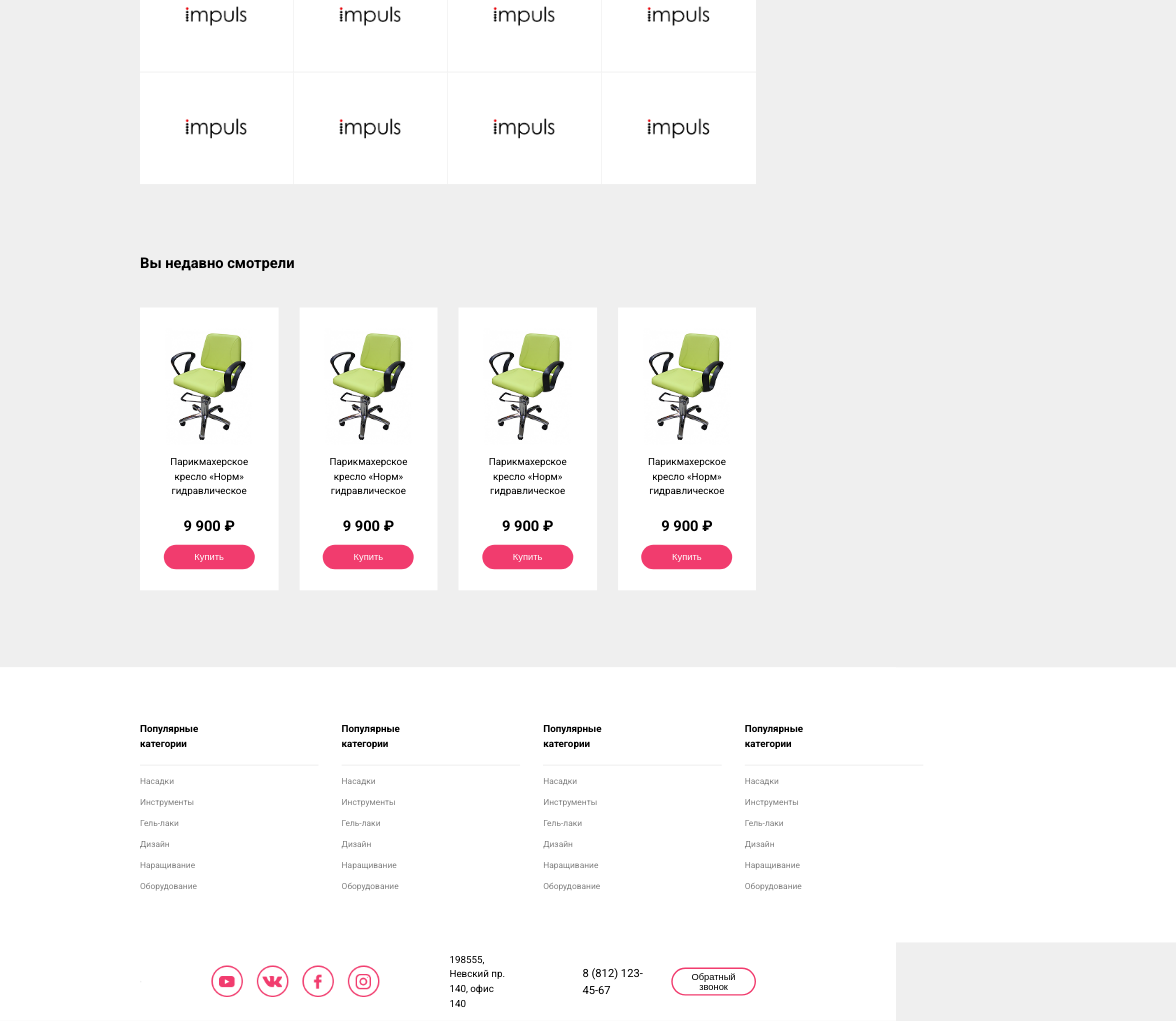
Repository: savannaaaas/verstka
Page: index.html
The author's editor kept a copy of each file at every save. The page is drawn from the files as they stood at one save, then again after a run of saves.
The browser window is 1280 px wide. The page is 1680 px wide, so the pictures cover 1680 px, including what lies to the right of the window. The pictures show the part of the page from y = 1995 to 3475 px (the page is 3454 px tall before and 3475 px after), at 70% of full size.
Some web fonts or font styles are not loaded; a fallback is used.

Above is the page before, as saved 2025-04-17 00:19:22.

### index.html
<!DOCTYPE html>
<html lang="en">
<head>
    <meta charset="UTF-8">
    <meta name="viewport" content="width=device-width, initial-scale=1.0">
    <title>Figma</title>
    <link rel="preconnect" href="https://fonts.googleapis.com">
    <link rel="preconnect" href="https://fonts.gstatic.com" crossorigin>
    <link href="https://fonts.googleapis.com/css2?family=Istok+Web:ital,wght@0,400;0,700;1,400;1,700&family=Italiana&family=Jura:wght@300..700&family=Roboto:ital,wght@0,100..900;1,100..900&display=swap" rel="stylesheet">
    <link rel="stylesheet" href="style.css">
</head>
<body>
    <div class="content">
        <div class="top-line">
            <ul>
                <li>Доставка</li>
                <li>Оплата</li>
                <li>Отзывы</li>
                <li>Вопрос-ответ</li>
                <li>Контакты</li>
            </ul>
        </div>
        <div class="second-line">
            <div class="second-line-content">
                <div class="logo">
                    <img alt="logo" src="img/logo.png">
                    <h1>BEAUTY</h1>
                </div>
            <div class="search">
                <input class="search">
                <img alt="search" src="img/search.png">
            </div>
            <div class="contact">
                <p>8 (812) 123-45-67</p>
                <button>Обратный звонок</button>
            </div>
        </div>
        <hr class="line">
            <div class="service">
                <ul>
                    <li>Парикмахерская</li>
                    <li>Барбершоп</li>
                    <li>Маникюр</li>
                    <li>Педикюр</li>
                    <li>Массаж</li>
                    <li>Мебель</li>
                </ul>
            </div>
        </div>

        <div class="sale">
            <div class="text-armchair">
                <h1>Супер кресло</h1>
                <p>Текст акции всегда отражает суть, а не просто болтовню, поэтому внимательнее</p>
                <button>Подробнее</button>
            </div>
            <img class="elipse1" alt="elipse" src="img/elipse1.png">
            <img class="elipse2" alt="elipse" src="img/ellipse2.png">
            <img class="chair" alt="chair" src="img/armchairs.png">
        </div>
        <div class="goods">
            <h2>Специальные предложения</h2>
            <div class="armChairsGreen">
                <div class="armchair1">
                    <img alt="armchair" src="img/greenArmchair.png">
                    <p class="text-greenArmchair">Парикмахерское кресло «Норм» гидравлическое</p>
                    <h3>9 900 ₽</h3>
                    <button>Купить</button>
                </div>
                <div class="armchair2">
                    <img alt="armchair" src="img/greenArmchair.png">
                    <p class="text-greenArmchair">Парикмахерское кресло «Норм» гидравлическое</p>
                    <h3>9 900 ₽</h3>
                    <button>Купить</button>
                </div>
                <div class="armchair3">
                    <img alt="armchair" src="img/greenArmchair.png">
                    <p class="text-greenArmchair">Парикмахерское кресло «Норм» гидравлическое</p>
                    <h3>9 900 ₽</h3>
                    <button>Купить</button>
                </div>
                <div class="armchair4">
                    <img alt="armchair" src="img/greenArmchair.png">
                    <p class="text-greenArmchair">Парикмахерское кресло «Норм» гидравлическое</p>
                    <h3>9 900 ₽</h3>
                    <button>Купить</button>
                </div>
            </div>

        </div>
        <div class="subscribe">
            <div class="subscribe1">
                <div class="bonus">
                    <h3>Получайте бонусы и подарки</h3>
                    <p>Каждый месяц разыгрываем 10 000 рублей для наших клиентов</p>
                    <input placeholder="Введите e-mail">
                </div>
                <div>
                    <img alt="envelope" src="img/envelope.png">
                </div>
            </div>
            <div class="subscribe2">
                <div class="bonus">
                    <h3>Заходите к нам</h3>
                    <p>Более 300 магазинов по всей России</p>
                    <button>Карта магазинов</button>
                </div>
                <div>
                    <img alt="car" src="img/car.png">
                </div>
            </div>
        </div>
        <div class="brands">
            <img alt="impuls" src="img/impuls.png">
            <img alt="impuls" src="img/impuls.png">
            <img alt="impuls" src="img/impuls.png">
            <img alt="impuls" src="img/impuls.png">
            <img alt="impuls" src="img/impuls.png">
            <img alt="impuls" src="img/impuls.png">
            <img alt="impuls" src="img/impuls.png">
            <img alt="impuls" src="img/impuls.png">
            <img alt="impuls" src="img/impuls.png">
            <img alt="impuls" src="img/impuls.png">
            <img alt="impuls" src="img/impuls.png">
            <img alt="impuls" src="img/impuls.png">

        </div>
        <div class="goods">
            <h2>Вы недавно смотрели</h2>
            <div class="armChairsGreen">
                <div class="armchair1">
                    <img alt="armchair" src="img/greenArmchair.png">
                    <p class="text-greenArmchair">Парикмахерское кресло «Норм» гидравлическое</p>
                    <h3>9 900 ₽</h3>
                    <button>Купить</button>
                </div>
                <div class="armchair2">
                    <img alt="armchair" src="img/greenArmchair.png">
                    <p class="text-greenArmchair">Парикмахерское кресло «Норм» гидравлическое</p>
                    <h3>9 900 ₽</h3>
                    <button>Купить</button>
                </div>
                <div class="armchair3">
                    <img alt="armchair" src="img/greenArmchair.png">
                    <p class="text-greenArmchair">Парикмахерское кресло «Норм» гидравлическое</p>
                    <h3>9 900 ₽</h3>
                    <button>Купить</button>
                </div>
                <div class="armchair4">
                    <img alt="armchair" src="img/greenArmchair.png">
                    <p class="text-greenArmchair">Парикмахерское кресло «Норм» гидравлическое</p>
                    <h3>9 900 ₽</h3>
                    <button>Купить</button>
                </div>
            </div>

        </div>
        <footer>
            <div class="footer-categories">
                <div class="footer-category">
                    <h4>Популярные<br>категории</h4>
                    <hr>
                    <p>Насадки</p>
                    <p>Инструменты</p>
                    <p>Гель-лаки</p>
                    <p>Дизайн</p>
                    <p>Наращивание</p>
                    <p>Оборудование</p>
                </div>
                <div class="footer-category">
                    <h4>Популярные<br>категории</h4>
                    <hr>
                    <p>Насадки</p>
                    <p>Инструменты</p>
                    <p>Гель-лаки</p>
                    <p>Дизайн</p>
                    <p>Наращивание</p>
                    <p>Оборудование</p>
                </div>
                <div class="footer-category">
                    <h4>Популярные<br>категории</h4>
                    <hr>
                    <p>Насадки</p>
                    <p>Инструменты</p>
                    <p>Гель-лаки</p>
                    <p>Дизайн</p>
                    <p>Наращивание</p>
                    <p>Оборудование</p>
                </div>
                <div class="footer-category">
                    <h4>Популярные<br>категории</h4>
                    <hr>
                    <p>Насадки</p>
                    <p>Инструменты</p>
                    <p>Гель-лаки</p>
                    <p>Дизайн</p>
                    <p>Наращивание</p>
                    <p>Оборудование</p>
                </div>
            </div>
            <div class="footer-line"> <hr>
            <div class="footer-logo">
                <img alt="" src="img/youtube.png">
                <img alt="" src="img/vk.png">
                <img alt="" src="img/facebook.png">
                <img alt="" src="img/instagram.png">
            </div>
            <div>
                <p>198555, Невский пр. 140, офис 140</p>
            </div>
            <div class="contact">
                <p>8 (812) 123-45-67</p>
                <button>Обратный звонок</button>
            </div> </div>


        </footer>

    </div>
</body>
</html>

### style.css
body {
    min-height: 100vh;
    max-width: 1920px;
    margin: 0 auto;
    scroll-behavior: smooth;
    text-rendering: optimizeSpeed;
    line-height: 1.5;
    padding: 0;
    font-family: "Roboto", sans-serif;
    font-weight: 400;
    font-style: normal;
    font-size: 14px;
    background-color: #EFEFEF;

  }

  .top-line{
    display: flex;
    height: 50px;
    align-items: center;
    justify-content: center;

  }
   .top-line ul{
    display: flex;
    list-style: none;
    flex-wrap: nowrap;
    gap: 30px;
   }

   .second-line{

    display: flex;
    margin: 0 auto;
    align-items: center;
    flex-direction: column;
    padding: 0px 200px;
    background-color: #FFFFFF;
   }
   .second-line-content{
    width: 100%;
    height: 100%;
    display: flex;
    margin: 0 auto;
    align-items: center;
  justify-content: space-between;
  padding: 20px 0;

   }

.logo{
    display: flex;
    flex-wrap: nowrap;
    gap: 30px;
   }
.logo img{
    width: 90px;
    height: 90px;
}
 .logo h1{
    font-size: 36px;
    color: #F13C6E;
   }

   .search {
    position: relative;
    width: 250px;
    height: 40px;
  }

  .search input {
    border-radius: 40px;
    width: 100%;
    height: 100%;
    border: none;
    background-color: #EFEFEF;
    padding-left: 40px;
  }

  .search img {
    position: absolute;
    left: 10px;
    top: 50%;
    transform: translateY(-50%);
    width: 20px;
    height: 20px;
    pointer-events: none;
  }
  .contact{
    display: flex;
    gap: 40px;
    align-items: center;

  }
  .contact p{
    font-size: 16px;
  }
  .contact button{
    width: 170px;
    height: 40px;
    border: 2px solid #F13C6E;
    border-radius: 40px;
    background: transparent;
  }
  hr.line {
    width: calc(100% + 400px);
    margin-left: -200px;
    border: none;
    border-top: 1px solid #EFEFEF;
    margin-top: 0;
    margin-bottom: 0;
  }
.service ul{
    display: flex;
    list-style: none;
    flex-wrap: nowrap;
    justify-content: center;
    align-items: center;
    gap: 40px;
    font-size: 16px;
   }

   .sale{
    display: flex;
    position: relative;
    background-color: #F13C6E;
    justify-content: space-between;
    align-items: center;
    padding: 100px 200px;
    /**/
    overflow: hidden;
   }

   .elipse1 {
    position: absolute;
    right: 100px;
    top: 50%;
    transform: translateY(-50%);
    z-index: 0;
  }

  .elipse2 {
    position: absolute;
    right: 180px;
    top: 50%;
    transform: translateY(-50%);
    z-index: 1;
  }

  .chair {
    position: absolute;
    right: 180px;
    top: 50%;
    transform: translateY(-50%);
    z-index: 2;
  }

  .text-armchair {
    z-index: 3;
    max-width: 350px;
    color: #EFEFEF;
  }

   .text-armchair h1{
    font-size: 48px;
    color: #EFEFEF;
   }
   .text-armchair p{
    font-size: 14px;
    color: #EFEFEF;
    margin: 50px 0;
   }
   .text-armchair button{
    width: 170px;
    height: 40px;
   background: transparent;
   border-radius: 40px;
   border: 2px solid #EFEFEF;
   color: #EFEFEF;
   }
   .goods{
    padding: 80px 200px ;
   }
   .armChairsGreen{
   display: flex;
   justify-content: center;
   align-items: center;
   flex-direction: row;
   gap: 30px;
   padding: 30px 0px;
   }
   .armchair1, .armchair2, .armchair3, .armchair4{
    display: flex;
    justify-content: center;
    align-items: center;
    flex-direction: column;
    text-align: center;
    padding: 30px;
    background-color: #ffffff;
   }
   .armchair1 button, .armchair2 button, .armchair3 button, .armchair4 button{
   width: 130px;
   height: 35px;
   border: none;
   background-color: #F13C6E;
   color: #FFFFFF;
   border-radius: 30px;
   }
   .armchair1 h3, .armchair2 h3, .armchair3 h3, .armchair4 h3{
   font-size: 21px;
margin: 10px;
    }
    .subscribe{
        display: flex;
        padding: 0px 200px ;
        flex-direction: row;
        align-items: center;
        justify-content: center;
        gap: 30px;
        padding-bottom: 100px;
    }
    .subscribe1, .subscribe2{
        display: flex;
        background-color: #F13C6E;
        padding: 40px;
        flex-direction: row;
        color: #EFEFEF;
        box-sizing: border-box;
        gap: 30px;
        align-items: center;
        width: 540px;

    }
    .bonus input{
        width: 225px;
        height: 35px;
        color: #C4C4C4;
        border: none;
        border-radius: 30px;
        padding: 0 30px;
        box-sizing: border-box;
    }
    .bonus button{
        width: 170px;
        height: 35px;
        border: 2px solid #EFEFEF;
        color: #EFEFEF;
        background-color: transparent;
        border-radius: 40px;
    }
    .brands {
        display: grid;
        grid-template-columns: repeat(4, 1fr);
        border-collapse: collapse;
        width: fit-content;
        padding: 0px 200px;
      }

      .brands img {
        background-color: #FFFFFF;
        width: 100%;
        height: auto;
        padding: 65px;
        border-right: 1px solid #EFEFEF;
        border-bottom: 1px solid #EFEFEF;
        box-sizing: border-box;
      }
      .brands img:nth-child(4n) {
        border-right: none;
      }

      .brands img:nth-last-child(-n+4) {
        border-bottom: none;
      }

      .footer-categories{
        display: flex;
        flex-direction: row;
        gap: 33px;
        padding: 60px 200px;
        width: 100%;
        background-color: #FFFFFF;
      }

      .footer-category{
        width: 255px;
      }

      .footer-category p{
       font-size: 12px;
       color: #828282;
      }
      .footer-category hr{
        border: 1px solid #EFEFEF;
       }
       footer{
        background-color: #FFFFFF;
       }
       .footer-line{
        display: flex;
        flex-direction: row;
        padding: 0 200px;
        justify-content: space-between;
        align-items: center;
        gap: 100px;
       }
       footer hr{
        border: 1px solid #EFEFEF;
       }
       .footer-logo{
        display: flex;
        flex-direction: row;
        gap: 20px;
       }

After the next 2 saves:
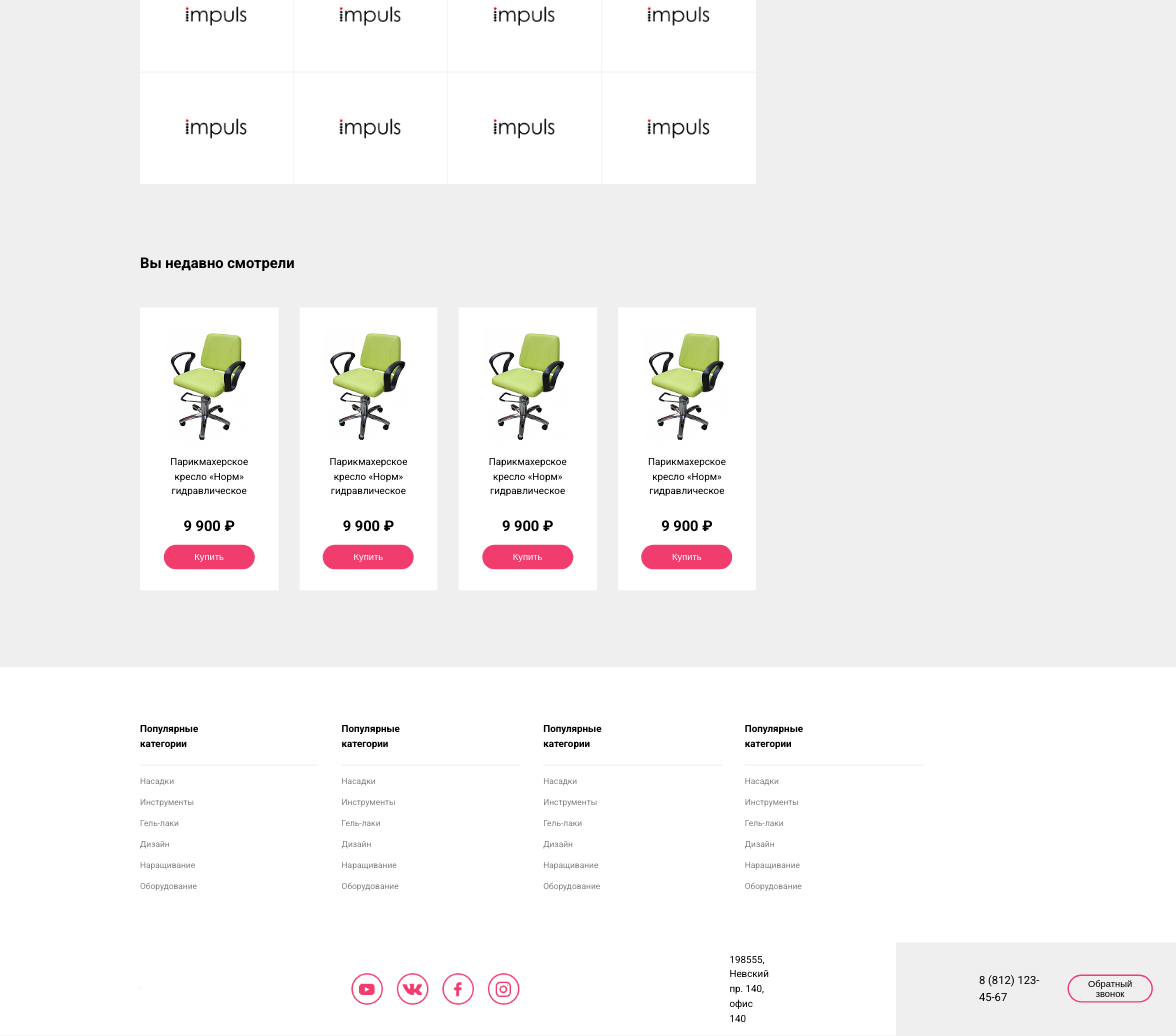
The 2 saves are shown as one change because they came seconds apart.
The last was saved 18 s later.
--- a/style.css
+++ b/style.css
@@ -300,9 +300,9 @@
         display: flex;
         flex-direction: row;
         padding: 0 200px;
-        justify-content: space-between;
+
         align-items: center;
-        gap: 100px;
+        gap: 300px;
        }
        footer hr{
         border: 1px solid #EFEFEF;
